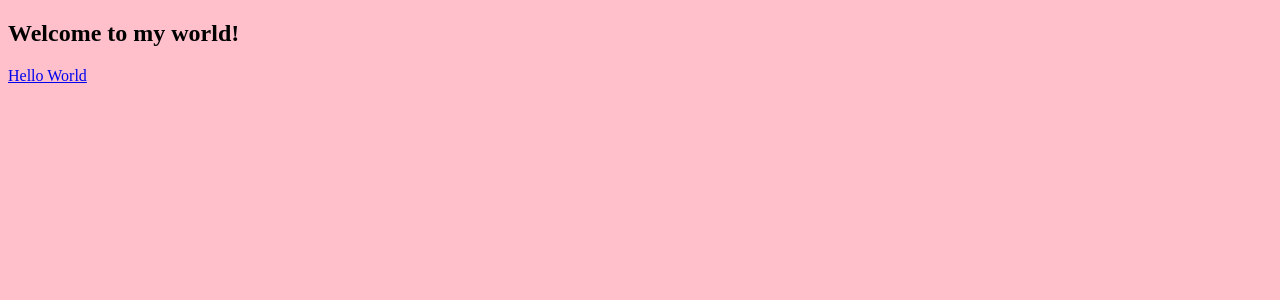
Repository: shikhi7/visatraining
Page: eclipse-workspace/mywebapp/src/main/webapp/index.html
These files come from the project's save history. The page is drawn as it stood at one moment and after the next save; the edit follows.
The browser window is 1280 px wide. The pictures show the whole page.

Above is the page before, as saved 2019-07-16 05:58:16.

After the next save:
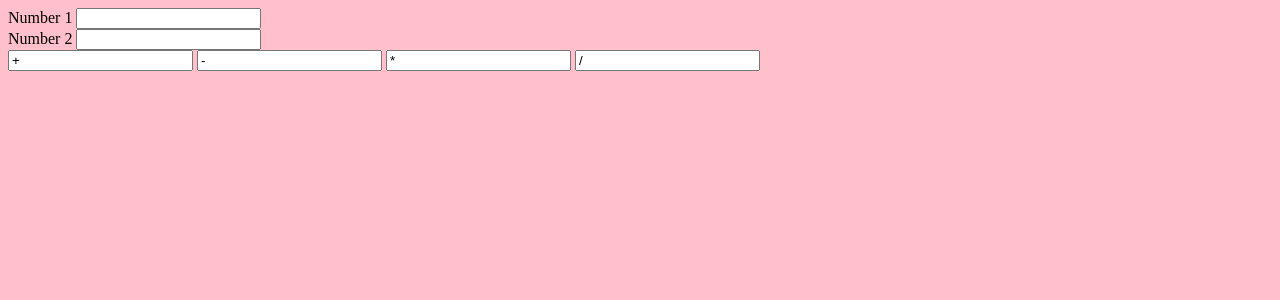
Saved 10 min 47 s later.
--- a/eclipse-workspace/mywebapp/src/main/webapp/index.html
+++ b/eclipse-workspace/mywebapp/src/main/webapp/index.html
@@ -5,8 +5,15 @@
 <title>Home Page</title>
 </head>
 <body bgcolor="pink">
-<h2>Welcome to my world!</h2>
 
-<a href=hello>Hello World</a><br>
+<form action="calculator" method="get">
+Number 1 <input name=n1><br>
+Number 2 <input name=n2><br>
+<input name=op value="+">
+<input name=op value="-">
+<input name=op value="*">
+<input name=op value="/">
+</form>
+
 </body>
 </html>
